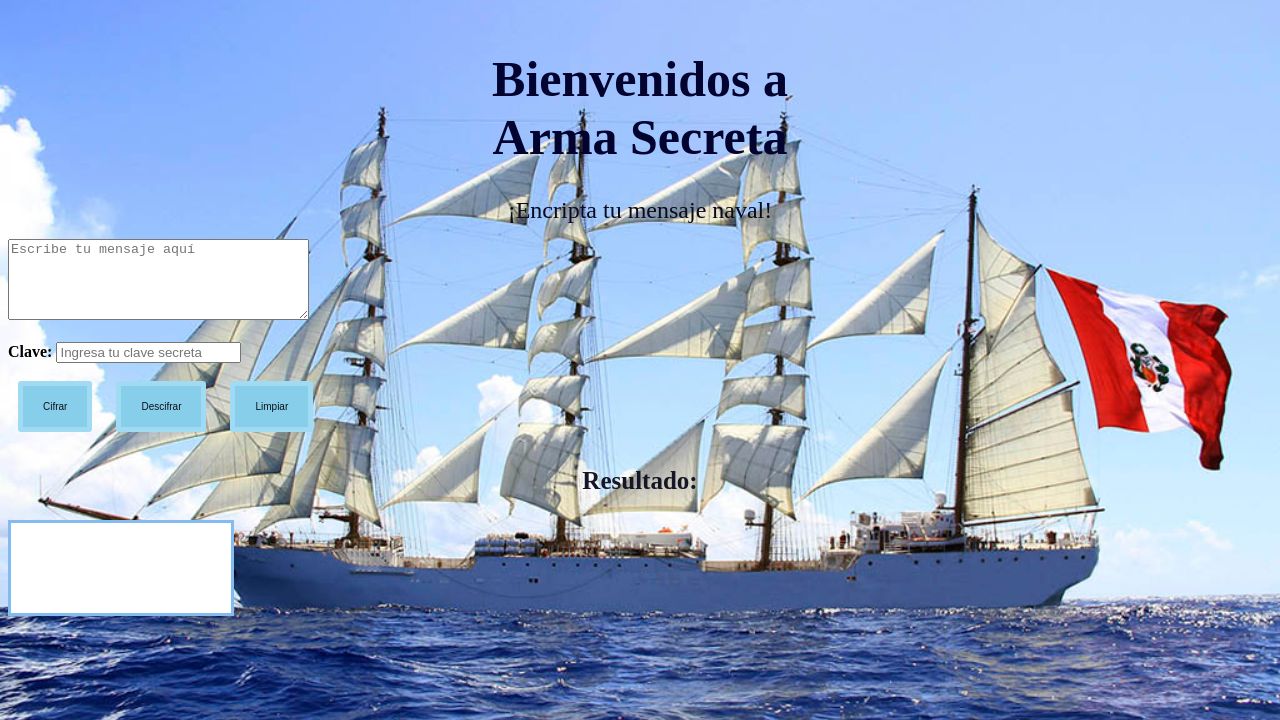
Repository: SusanaCahuantico/LIM009-Cipher
Page: src/index.html
The author's editor kept a copy of each file at every save. The page is drawn from the files as they stood at one save, then again after the next save.
The browser window is 1280 px wide. The pictures show the whole page.

Above is the page before, as saved 2025-03-05 12:02:45.

After the next save:
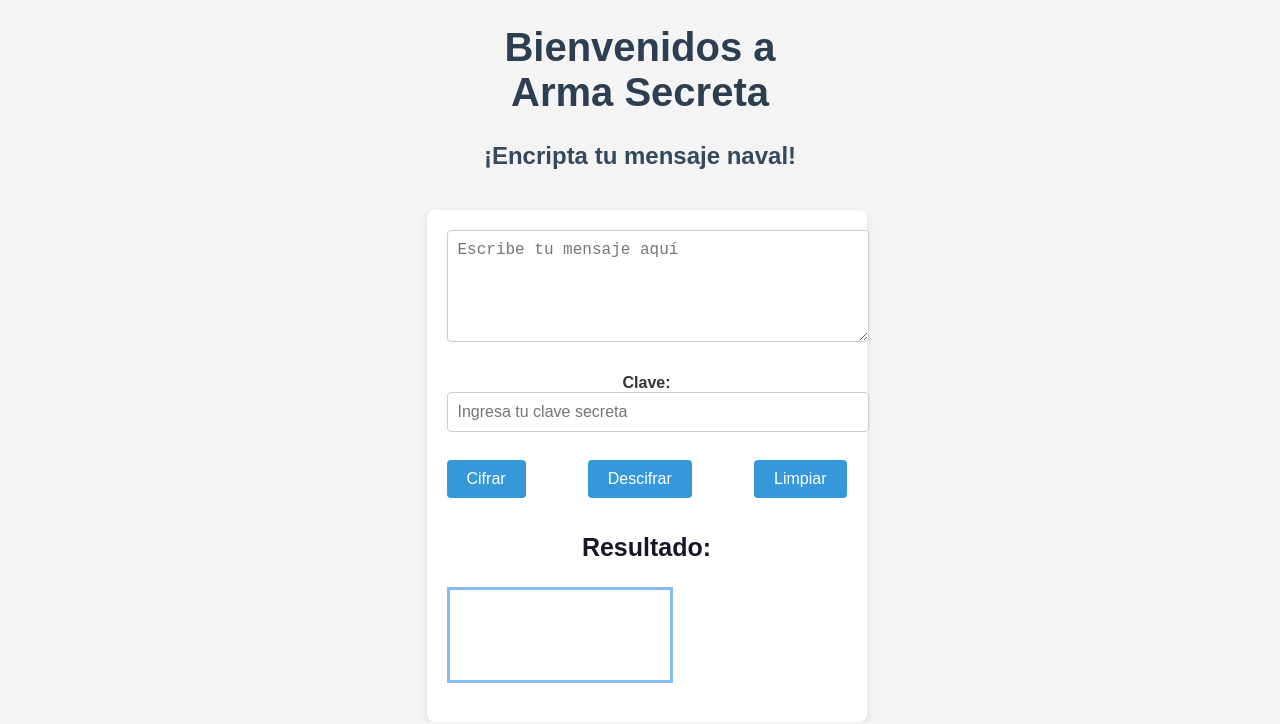
Saved 69 s later.
--- a/src/style.css
+++ b/src/style.css
@@ -1,26 +1,91 @@
 body {
-    background-image: url(fondo/fondo4.jpg);
-    background-position: center;
-    background-repeat: no-repeat;
-    background-attachment: fixed;
-    background-size: cover;
-}
-h1{
+    font-family: 'Arial', sans-serif;
+    background-color: #f4f4f4;
+    color: #333;
+    margin: 0;
+    padding: 0;
+    display: flex;
+    justify-content: center;
+    align-items: center;
+    height: 100vh;
+    flex-direction: column;
+  }
+
+  header {
     text-align: center;
-    margin-top: 50px;
-    font-size: 50px;
-    color: rgb(3, 3, 48);
-}
+    margin-bottom: 20px;
+  }
+
+  h1 {
+    font-size: 2.5rem;
+    color: #2c3e50;
+  }
+
+  h2 {
+    font-size: 1.5rem;
+    color: #34495e;
+  }
+
+  .container {
+    background-color: #fff;
+    padding: 20px;
+    border-radius: 8px;
+    box-shadow: 0 4px 8px rgba(0, 0, 0, 0.1);
+    width: 100%;
+    max-width: 400px;
+    text-align: center;
+  }
+
+  textarea {
+    width: 100%;
+    padding: 10px;
+    border-radius: 4px;
+    border: 1px solid #ccc;
+    font-size: 1rem;
+    margin-bottom: 10px;
+  }
+
+  input[type="text"] {
+    width: 100%;
+    padding: 10px;
+    border-radius: 4px;
+    border: 1px solid #ccc;
+    font-size: 1rem;
+    margin-bottom: 10px;
+  }
+
+  .buttons {
+    display: flex;
+    justify-content: space-between;
+    margin-bottom: 20px;
+  }
+
+  .btn {
+    padding: 10px 20px;
+    border: none;
+    border-radius: 4px;
+    background-color: #3498db;
+    color: #fff;
+    font-size: 1rem;
+    cursor: pointer;
+    transition: background-color 0.3s ease;
+  }
+
+  .btn:hover {
+    background-color: #2980b9;
+  }
+
+  #result {
+    font-size: 1.2rem;
+    color: #2c3e50;
+    margin-top: 20px;
+  }
+
 .cajita{
     margin: auto;
 
 }
-h2{
-    text-align: center;
-    line-height: 20px;
-    font-weight: 200;
-    color: rgb(10, 10, 31);
-}
+
 h3{
     margin-top: 35px;
     color: rgb(22, 22, 41);
@@ -38,13 +103,3 @@ p{
     border: 3px solid rgb(133, 188, 240);
     padding: 10px;
 }
-.btn{
-    font-size: 10px;
-    background-color: skyblue;
-    color: rgb(13, 19, 24);
-    border: 5px solid rgb(160, 219, 243);
-    padding: 15px 20px 15px 20px;
-    border-radius: 3px;
-    margin: 0em 1em 0em;
-
-}
